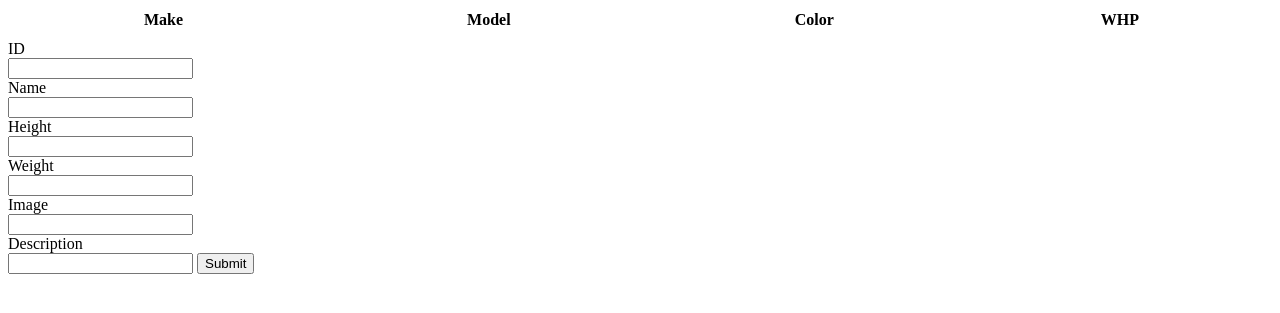
Repository: dburn22/eventTracker
Page: GarageRest/WebContent/garageIndex.html
An editor plug-in stored every save of this project. The page is shown before and after the next save, followed by the edit.
The browser window is 1280 px wide. The pictures show the whole page.
The page's requests for data from a server got no answer. Some web libraries are served in a nearby version.

Above is the page before, as saved 2017-04-22 16:48:55.

### GarageRest/WebContent/garageIndex.html
<!DOCTYPE html>
<html>
<head>
<meta charset="UTF-8">
<title>Garage</title>
<script src="https://ajax.googleapis.com/ajax/libs/jquery/3.1.1/jquery.min.js"></script>
    <script src="./app.js"></script>
    <link rel="stylesheet" type="text/css" href="table.css">
</head>
<body>
<table style="width:100%">
  <tr>
    <th>Make</th>
    <th>Model</th>
    <th>Color</th>
    <th>WHP</th>
  </tr>
  <tr>
    <td></td>
    <td></td>
    <td></td>
  </tr>
  <tr>
    <td></td>
    <td></td>
    <td></td>
  </tr>
</table>
<div id='content'></div>
  <form name="create">
    ID<br>
    <input type="text" name="pokeId"><br>
    Name<br>
    <input type="text" name="name">
    <br>
    Height<br>
    <input type="text" name="height">
    <br>
    Weight<br>
    <input type="text" name="weight">
    <br>
    Image<br>
    <input type="text" name="img">
    <br>
    Description<br>
    <input type="text" name="description">
    <input id= "butt1" type="submit" value="Submit">
  </form>

</body>
</html>

### GarageRest/WebContent/app.js
$(document).ready(function() {
	console.log('loaded')
	load();
});

var load = function() {
	$.ajax({
		type : "GET",
		url : "rest/makes",
		dataType : "json",

	}).done(function(data, status) {
		console.log("SUCCESS");
		tableLoad(data);
		console.log(data);
	}).fail(function(xhr, status, error) {
		console.log("FAIL");
	});
}

var tableLoad = function(data) {
	var $tr = $('<tr>');
	var $table = $('<table>');
	$table.attr('id', 'tableId');
	var $thead = $('<thead>');
	var $th = $('<th>');
	$th.text('Make');
	var $th2 = $('<th>');
	$th2.text("Model");
	var $th3 = $('<th>');
	$th3.text("Color");
	var $th4 = $('<th>');
	$th4.text("WHP");

	$tr.append($th, $th2, $th3, $th4);
	$thead.append($tr);
	$tbody = $('<tbody>');

	$table.append($thead, $tbody);

	data.forEach(function(garage) {
		console.log(garage + "*************");
		var $tr = $('<tr>');
		var $td = $('<td>');
		var $td2 = $('<td>');
		var $td3 = $('<td>');
		var $td4 = $('<td>');
		$td.text(garage.make);
		$td2.text(garage.model);
		$td3.text(garage.color);
		$td4.text(garage.whp);

		var id = garage.id;
		var $delbut = $('<button>Delete</button>');
	    $delbut.attr('id', 'delete');
	    $delbut.text('Delete');
	    $delbut.click(function(e){
	      e.preventDefault();

	      $.ajax({
	              type: "DELETE",
	              url: 'rest/garage/' + id
	      })
	          .done(function(data, status) {
	            load();
	            });
	      })
	    $td4.append($delbut)

		$tr.append($td, $td2, $td3, $td4);

		$tbody.append($tr);
	});

	$("body").append($table);
}
$('#butt1').on('click', function(e){
    e.preventDefault();
    console.log("submit");
    var cars = {make: "make", model: "model", color: "color", whp: "whp"};
    var cars = {
                  make: $(create.make).val(),
                  model: $(create.model).val(),
                  color: $(create.color).val(),
                  whp: $(create.whp).val(),
              };
              console.log(cars);
              $.ajax({
                  type: "POST",
                  url: "rest/makes",
                  dataType: "json",
                  contentType: 'application/json',
                  data: JSON.stringify(cars)
              }).done(function(data, status){
                  console.log("SUCCESS");
                  load();
              }).fail(function(xhr, status, error){
                  console.log("FAIL");
              });
          })

### GarageRest/WebContent/table.css


  .responstable {
    margin: 1em 0;
    width: 100%;
    overflow: hidden;
    background: $background-color;
    color: $text-color;
    border-radius: $border-radius;
    border: $outer-border;

    tr {
      border: $cell-border;
      &:nth-child(odd) { // highlight the odd rows with a color
        background-color: $highlight-color;
      }
    }

    th {
      display: none; // hide all the table header for mobile
      border: $header-border;
      background-color: $header-background-color;
      color: $header-text-color;
      padding: 1em;
      &:first-child { // show the first table header for mobile
        display: table-cell;
        text-align: center;
      }
      &:nth-child(2) { // show the second table header but replace the content with the data-th from the markup for mobile
        display: table-cell;
        span {display:none;}
        &:after {content:attr(data-th);}
      }
      @media (min-width: $breakpoint) {
        &:nth-child(2) { // hide the data-th and show the normal header for tablet and desktop
          span {display: block;}
          &:after {display: none;}
        }
      }
    }

    td {
      display: block; // display the table data as one block for mobile
      word-wrap: break-word;
      max-width: 7em;
      &:first-child {
        display: table-cell; // display the first one as a table cell (radio button) for mobile
        text-align: center;
        border-right: $cell-border;
      }
      @media (min-width: $breakpoint) {
        border: $cell-border;
      }
    }

    th, td {
      text-align: left;
      margin: .5em 1em;
      @media (min-width: $breakpoint) {
        display: table-cell; // show the table as a normal table for tablet and desktop
        padding: 1em;
      }
    }
  }
}

// Include the mixin (with extra options as overrides)

@include responstable(
  $border-radius: $table-border-radius,
  $highlight-color: $table-highlight-color,
  $header-background-color: $table-header-background-color,
  $header-text-color: $table-header-text-color,
  $header-border: $table-header-border);

// General styles

body {
  padding: 0 2em;
  font-family: Arial, sans-serif;
  color: #024457;
  background: #f2f2f2;
}

h1 {
  font-family: Verdana;
  font-weight: normal;
  color: #024457;
  span {color: #167F92;}
}

After the next save:
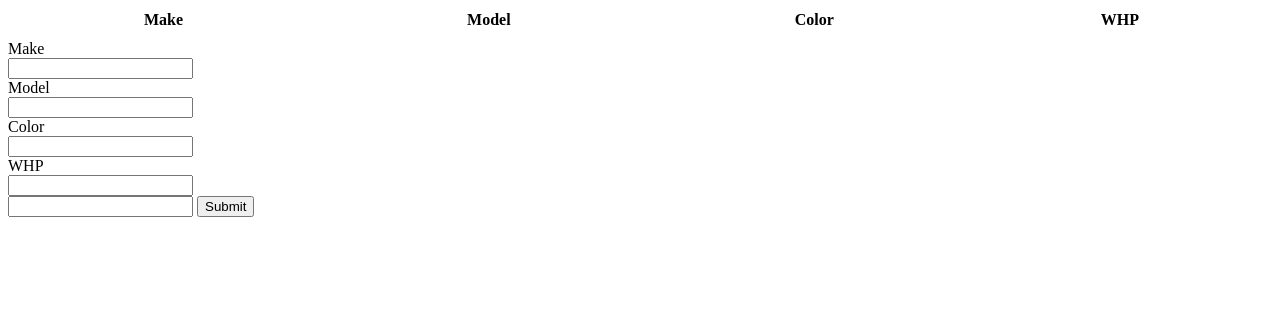
Saved 3 min 9 s later.
--- a/GarageRest/WebContent/garageIndex.html
+++ b/GarageRest/WebContent/garageIndex.html
@@ -28,21 +28,18 @@
 </table>
 <div id='content'></div>
   <form name="create">
-    ID<br>
-    <input type="text" name="pokeId"><br>
-    Name<br>
-    <input type="text" name="name">
+    Make<br>
+    <input type="text" name="make"><br>
+    Model<br>
+    <input type="text" name="model">
     <br>
-    Height<br>
-    <input type="text" name="height">
+    Color<br>
+    <input type="text" name="color">
     <br>
-    Weight<br>
-    <input type="text" name="weight">
+    WHP<br>
+    <input type="text" name="whp">
     <br>
-    Image<br>
-    <input type="text" name="img">
-    <br>
-    Description<br>
+
     <input type="text" name="description">
     <input id= "butt1" type="submit" value="Submit">
   </form>
